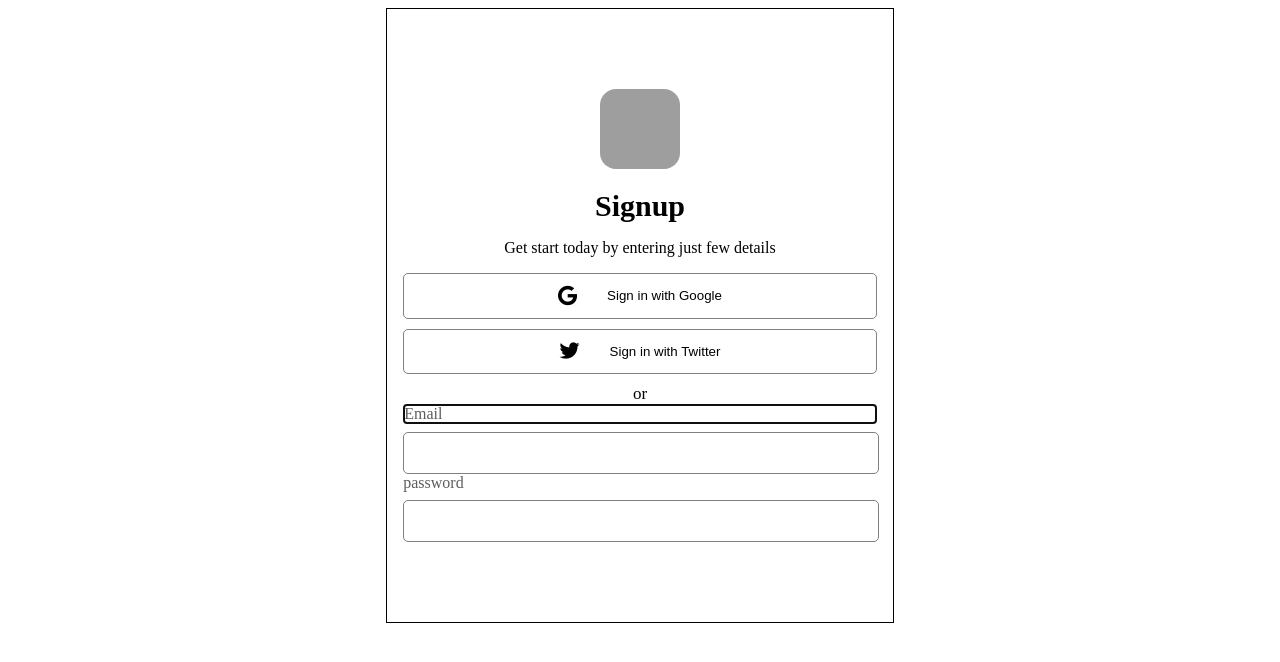
Repository: tungts3qb/Javascript
Page: sign-up/signup.html
An editor plug-in stored every save of this project. The page is shown before and after the next save, followed by the edit.
The browser window is 1280 px wide. The pictures show the whole page.
The first visible `.sign-up-email` has the focus.
Pictures or frames that could not be fetched are drawn as grey boxes.

Above is the page before, as saved 2022-12-26 22:56:21.

### sign-up/signup.html
<!DOCTYPE html>
<html lang="en">
  <head>
    <meta charset="UTF-8" />
    <meta http-equiv="X-UA-Compatible" content="IE=edge" />
    <meta name="viewport" content="width=device-width, initial-scale=1.0" />
    <link
      rel="stylesheet"
      href="https://cdnjs.cloudflare.com/ajax/libs/font-awesome/6.2.1/css/all.min.css"
      integrity="sha512-MV7K8+y+gLIBoVD59lQIYicR65iaqukzvf/nwasF0nqhPay5w/9lJmVM2hMDcnK1OnMGCdVK+iQrJ7lzPJQd1w=="
      crossorigin="anonymous"
      referrerpolicy="no-referrer"
    />
    <link rel="stylesheet" href="sign-up.css" />
    <title>Sign up</title>
  </head>
  <body>
    <div class="sign-up-form">
      <div class="sign-up-icon">
        <img
          src="https://images.unsplash.com/photo-1672037253340-1b8b99e8dceb?ixlib=rb-4.0.3&ixid=MnwxMjA3fDB8MHxwaG90by1wYWdlfHx8fGVufDB8fHx8&auto=format&fit=crop&w=387&q=80"
          alt="avatar"
          class="sign-up-logo"
        />
      </div>
      <h3 class="sign-up-title">Signup</h3>
      <p class="sign-up-desc">Get start today by entering just few details</p>
      <div class="sign-up-buttons">
        <button class="sign-up-google">
          <i class="fa-brands fa-google"></i>
          <p>Sign in with Google</p>
        </button>
        <button class="sign-up-twitter">
          <i class="fa-brands fa-twitter"></i>
          <p>Sign in with Twitter</p>
        </button>
      </div>
      <div class="sign-up-or">or</div>
      <div class="sign-up-input-form">
        <form action="" class="sign-up-input">
          <p class="sign-up-email">Email</p>
          <input type="email" name="" id="" class="input_email" />
          <p class="sign-up-password">password</p>
          <input type="password" name="" id="" class="input_password" />
        </form>
      </div>
    </div>
  </body>
</html>

### sign-up/sign-up.css
.sign-up-form {
  width: 40%;
  height: auto;
  border: 1px solid black;
  margin: 0 auto;
  padding-bottom: 5rem;
}

.sign-up-icon img {
  width: 5rem;
  height: 5rem;
  border-radius: 1rem;
  object-fit: cover;
  margin-top: 5rem;
}

.sign-up-icon {
  display: flex;
  align-items: center;
  justify-content: center;
}

.sign-up-title {
  text-align: center;
  font-size: 30px;
  margin-top: 20px;
  margin-bottom: 10px;
}

.sign-up-desc {
  text-align: center;
}

.sign-up-buttons {
  display: flex;
  flex-direction: column;
  align-items: center;
}

.sign-up-google,
.sign-up-twitter {
  width: calc(100% - 2rem);
  display: flex;
  text-align: center;
  justify-content: center;
  margin-bottom: 10px;
  border-radius: 5px;
  border: 1px solid gray;
  background-color: white;
}

.sign-up-google i,
.sign-up-twitter i {
  margin-right: 20px;
  font-size: 20px;
  margin: auto 0;
  padding-right: 30px;
}

.sign-up-or {
  text-align: center;
  font-size: 17px;
}

.sign-up-input {
  width: 100%;
  margin: 0 auto;
}

/* .sign-up-input-form {
  display: flex;
  align-items: center;
  justify-content: center;
} */

.sign-up-input {
  width: calc(100% - 2rem);
}

.input_email,
.input_password {
  padding: 0;
  margin: 0;
  width: 100%;
  height: 2.5rem;
  border-radius: 5px;
  border: 1px solid gray;
}

.sign-up-email,
.sign-up-password {
  margin-top: 0;
  margin-bottom: 0.5rem;
  color: rgb(94, 92, 92);
}

.sign-up-email:focus,
.sign-up-password:focus {
  border: 1px solid blue;
}

After the next save:
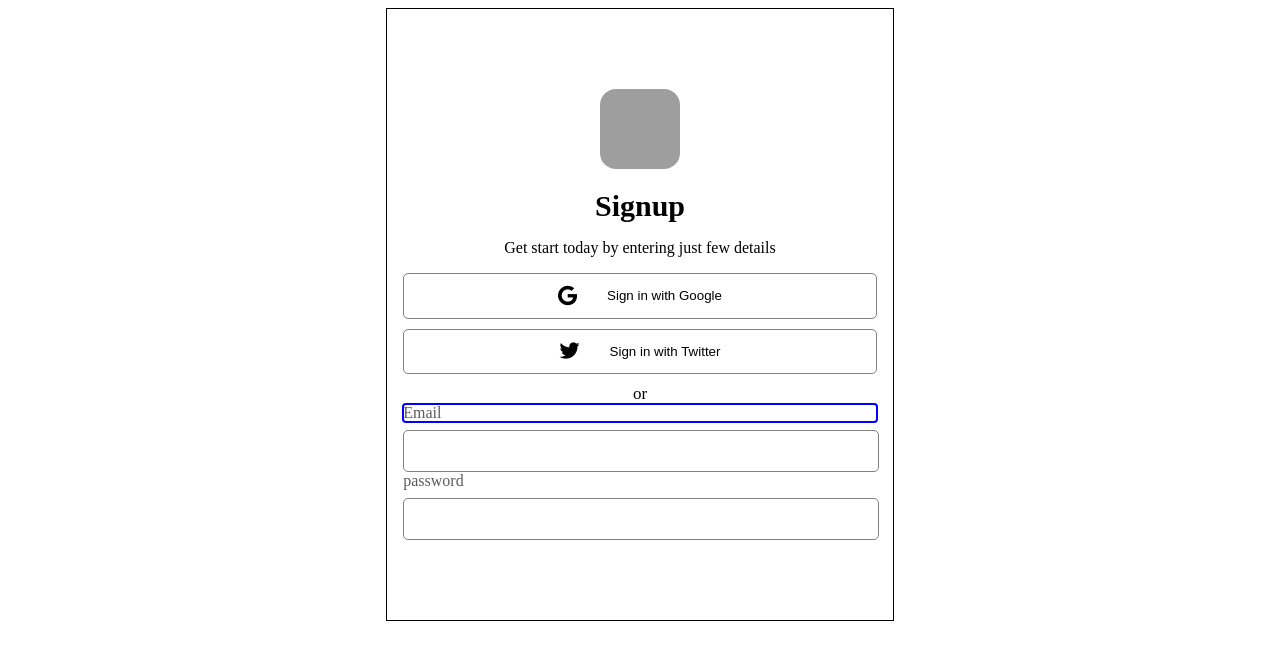
Saved 29 s later.
--- a/sign-up/sign-up.css
+++ b/sign-up/sign-up.css
@@ -96,5 +96,6 @@
 
 .sign-up-email:focus,
 .sign-up-password:focus {
-  border: 1px solid blue;
+  /* border: 1px solid blue; */
+  outline-color: blue;
 }

After the save that followed:
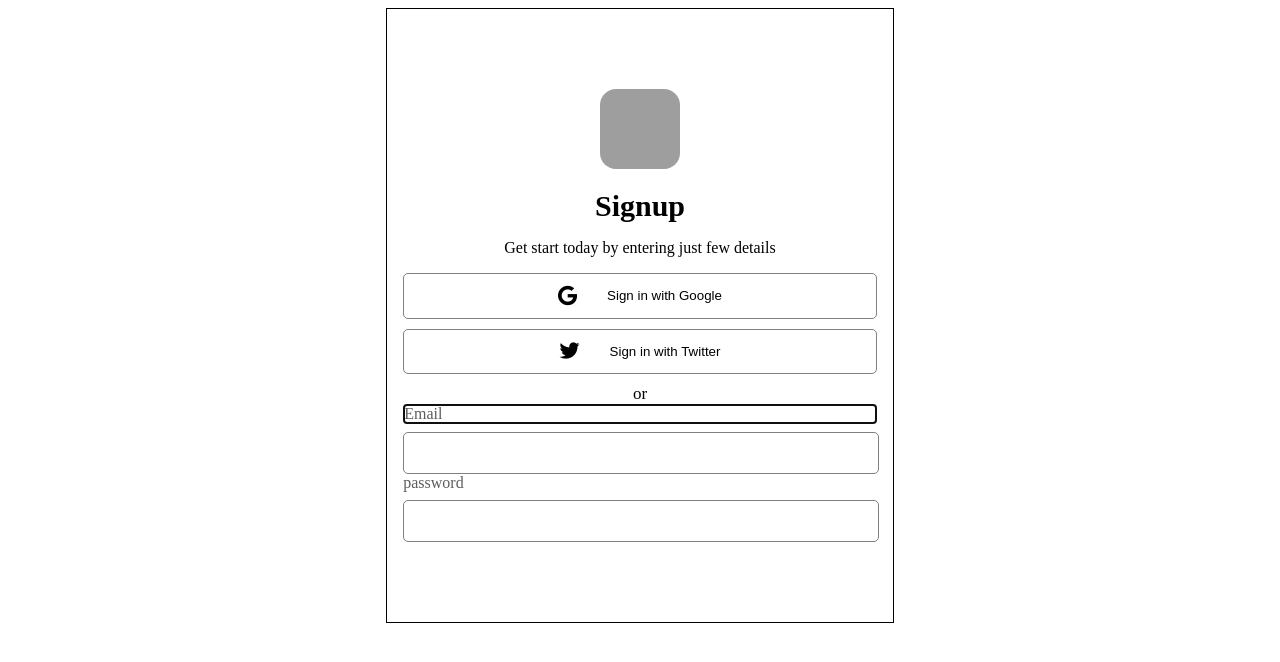
Saved 59 s later.
--- a/sign-up/sign-up.css
+++ b/sign-up/sign-up.css
@@ -96,6 +96,6 @@
 
 .sign-up-email:focus,
 .sign-up-password:focus {
-  /* border: 1px solid blue; */
-  outline-color: blue;
+  border: 1px solid red;
+  /* outline-color: blue; */
 }
